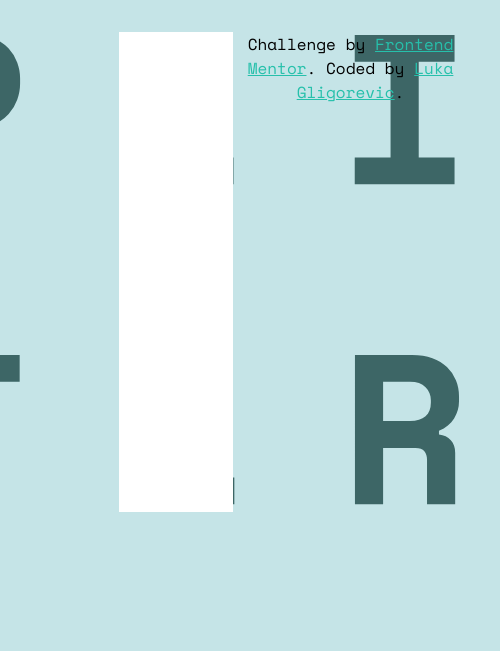
Repository: gligor99/tip-fmentor
Page: /
An editor plug-in stored every save of this project. The page is shown before and after the next save, followed by the edit.
The browser window is 500 px wide. The pictures show the whole page.
The project was rebuilt for these pictures with package versions that can differ from the ones it lists, and the page was loaded fresh each time.

Above is the page before, as saved 2021-11-26 20:58:34.

After the next save:
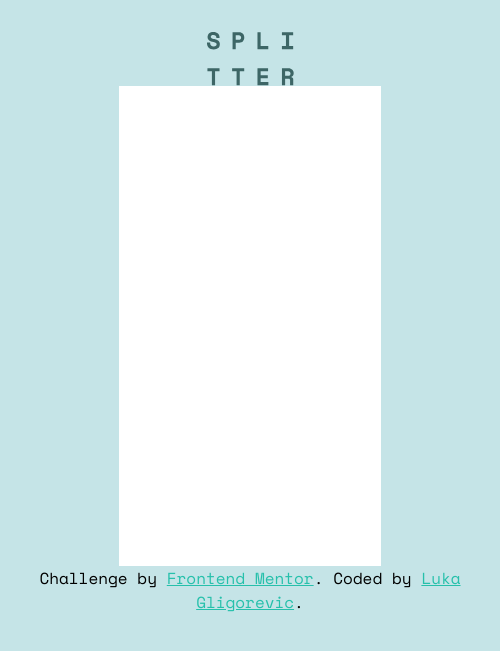
Saved 15 s later.
--- a/src/index.css
+++ b/src/index.css
@@ -52,10 +52,10 @@ body {
   margin: auto;
 }
 
-@media screen and (max-width: 500px) {
+@media screen and (min-width: 500px) {
   .App {
     display: flex;
-    flex-direction: row;
+    flex-direction: column;
     justify-content: center;
     padding: 2rem;
   }
